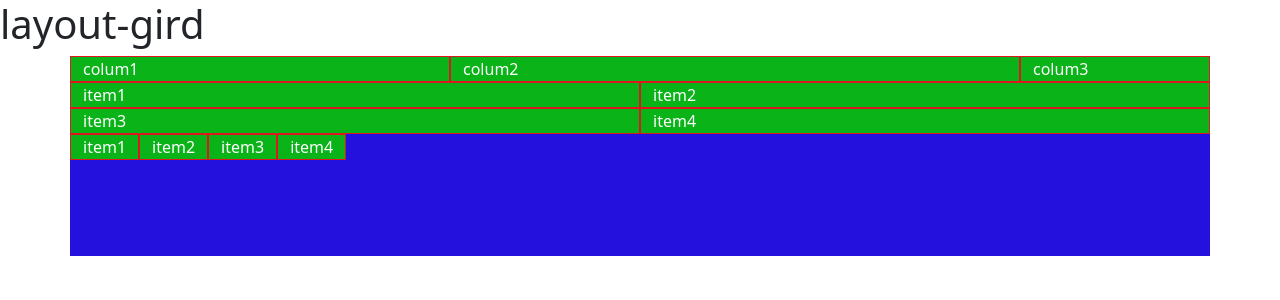
Repository: cvTuananh/Wed-famework
Page: lab05/demo4.html
An editor plug-in stored every save of this project. The page is shown before and after a run of saves, followed by the edit.
The browser window is 1280 px wide. The pictures show the whole page.

Above is the page before, as saved 2021-09-30 19:50:43.

After the next 2 saves:
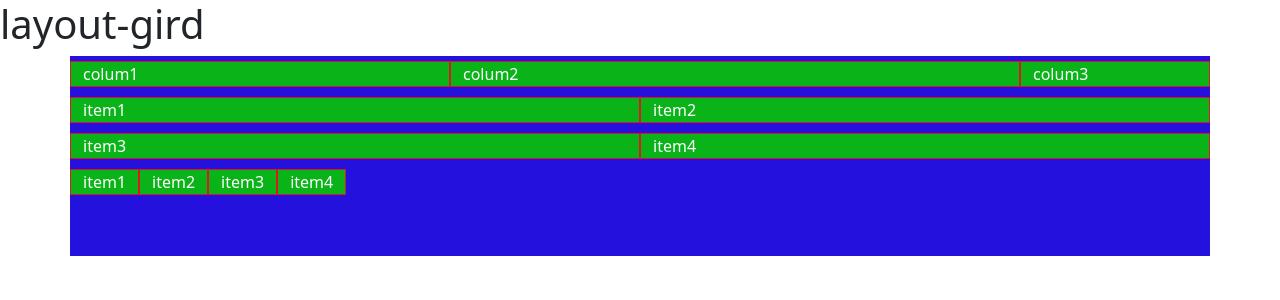
The 2 saves are shown as one change because they came seconds apart.
The last was saved 16 s later.
--- a/lab05/demo4.html
+++ b/lab05/demo4.html
@@ -18,6 +18,7 @@
             border: 1px solid var(--color-red);
             color: var(--color-white);
             background-color: var(--color-green);
+            margin: 5px 0;
         }
     </style>
 </head>
